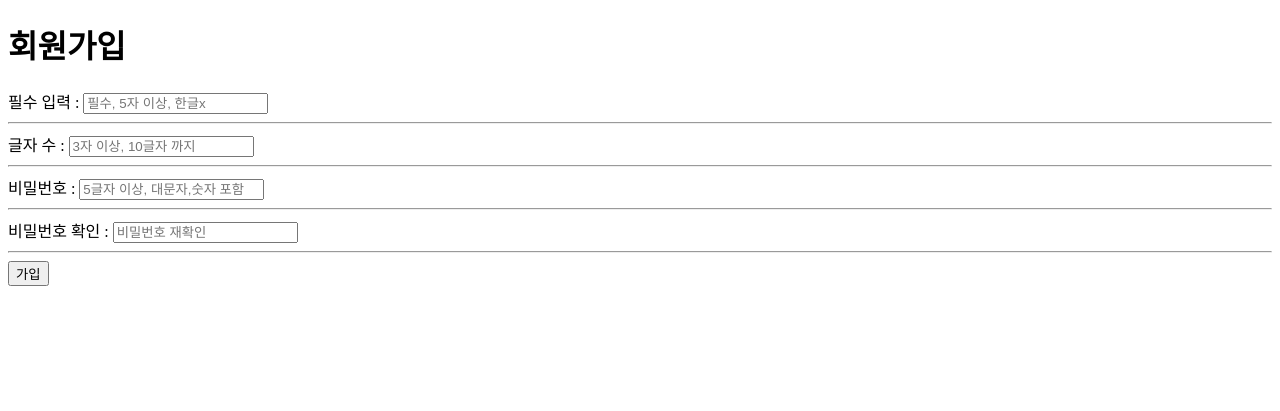
Repository: kkmin20200331-max/copyUpload
Page: 07_ValidChk/src/main/webapp/valid.html
An editor plug-in stored every save of this project. The page is shown before and after the next save, followed by the edit.
The browser window is 1280 px wide. The pictures show the whole page.

Above is the page before, as saved 2026-03-18 01:54:06.

After the next save:
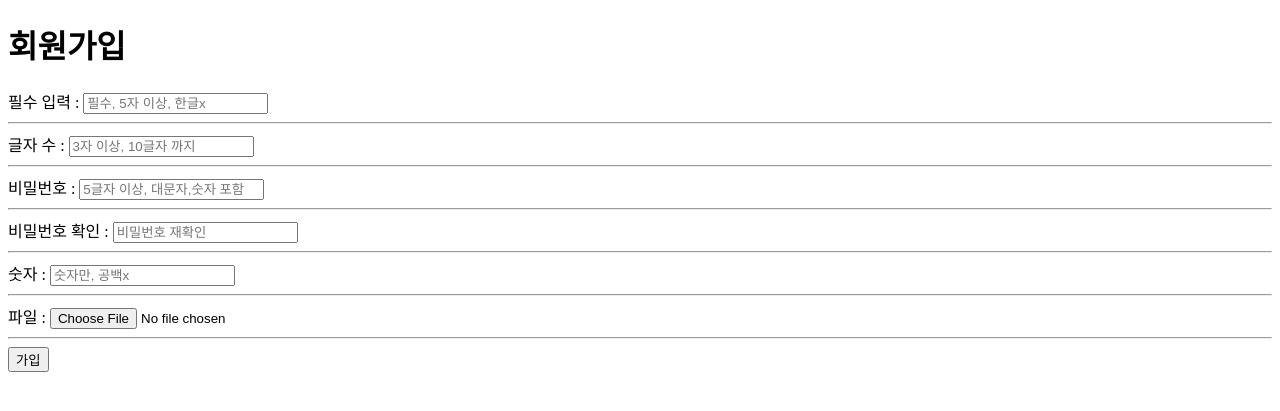
Saved 74 s later.
--- a/07_ValidChk/src/main/webapp/valid.html
+++ b/07_ValidChk/src/main/webapp/valid.html
@@ -15,6 +15,10 @@
 <hr>
 비밀번호 확인 : <input id="i4" placeholder="비밀번호 재확인">
 <hr>
+숫자 : <input id="i5" placeholder="숫자만, 공백x">
+<hr>
+파일 : <input type="file" id="i6">
+<hr>
 <button>가입</button>
 </form>
 
